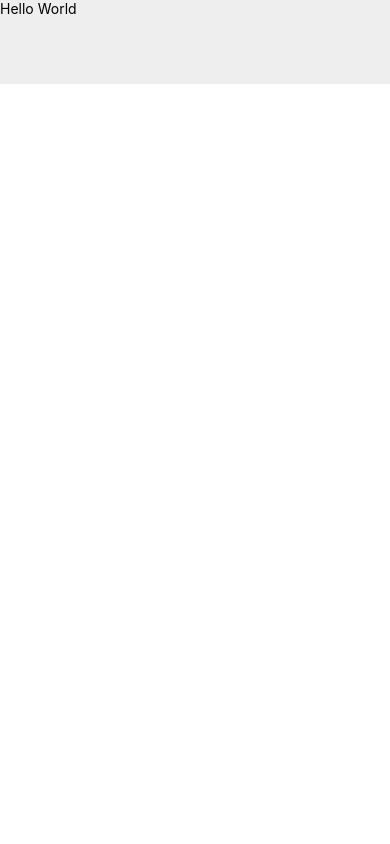
Repository: dodibahari019/TestFrontend
Screen: /
The author's editor kept a copy of each file at every save. The screen is drawn from the files as they stood at one save, then again after the next save.
The app was drawn by React Native's web renderer in a window 390 px wide. The project was rebuilt for these pictures with package versions that can differ from the ones it lists, and the page was loaded fresh each time. Some packages were replaced by stand-ins written for this rebuild.

Above is the screen before, as saved 2024-12-30 14:58:11.

### App.js
import { StatusBar } from 'expo-status-bar';
import { StyleSheet, Text, View, Dimensions } from 'react-native';

export default function App() {
  return (
    <View style={styles.container}>
      <StatusBar style="auto" />
      {/* <Text>Open up App.js to start working on your app!</Text> */}
      <View style={{ width:'100%', height:'10%', position:'absolute', top:0, backgroundColor:'#eeeeee' }}>
        <Text>Hello World</Text>
      </View>
    </View>
  );
}

const styles = StyleSheet.create({
  container: {
    flex: 1,
    backgroundColor: '#fff',
    alignItems: 'center',
    justifyContent: 'center',
  },
});

Loaded but not shown: index.js (common file)

After the next save:
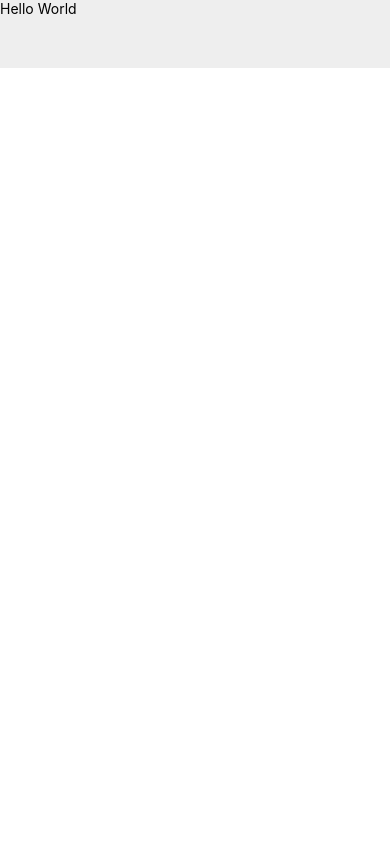
Saved 8 s later.
--- a/App.js
+++ b/App.js
@@ -6,7 +6,7 @@ export default function App() {
     <View style={styles.container}>
       <StatusBar style="auto" />
       {/* <Text>Open up App.js to start working on your app!</Text> */}
-      <View style={{ width:'100%', height:'10%', position:'absolute', top:0, backgroundColor:'#eeeeee' }}>
+      <View style={{ width:'100%', height:'8%', position:'absolute', top:0, backgroundColor:'#eeeeee' }}>
         <Text>Hello World</Text>
       </View>
     </View>
